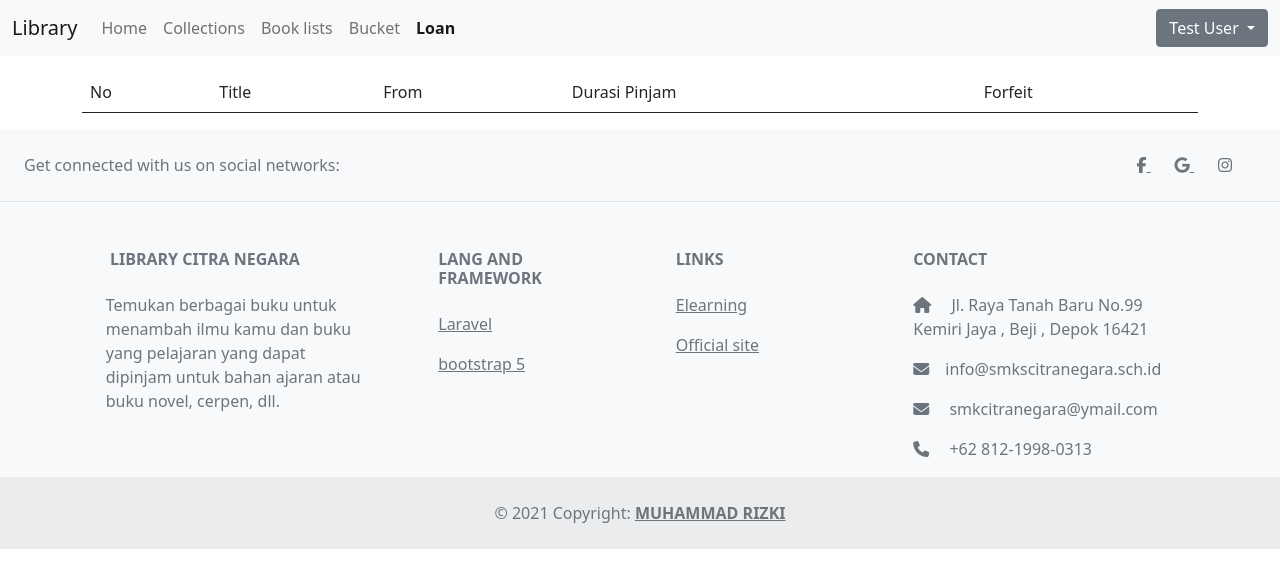
Repository: humanrizki/app-perpus-laravel-8
Page: http://localhost/loan
The author's editor kept a copy of each file at every save. The page is drawn from the files as they stood at one save, then again after the next save.
The browser window is 1280 px wide. The pictures show the whole page.
Some web libraries are served in a nearby version. The page is served by the project's Laravel application, run on PHP 8.4 with Laravel 8. A made-up administrator, Test User (test@example.com), is signed in. Queries for data that is not in the repository find no rows.

Above is the page before, as saved 2021-12-01 15:55:44.

After the next save:
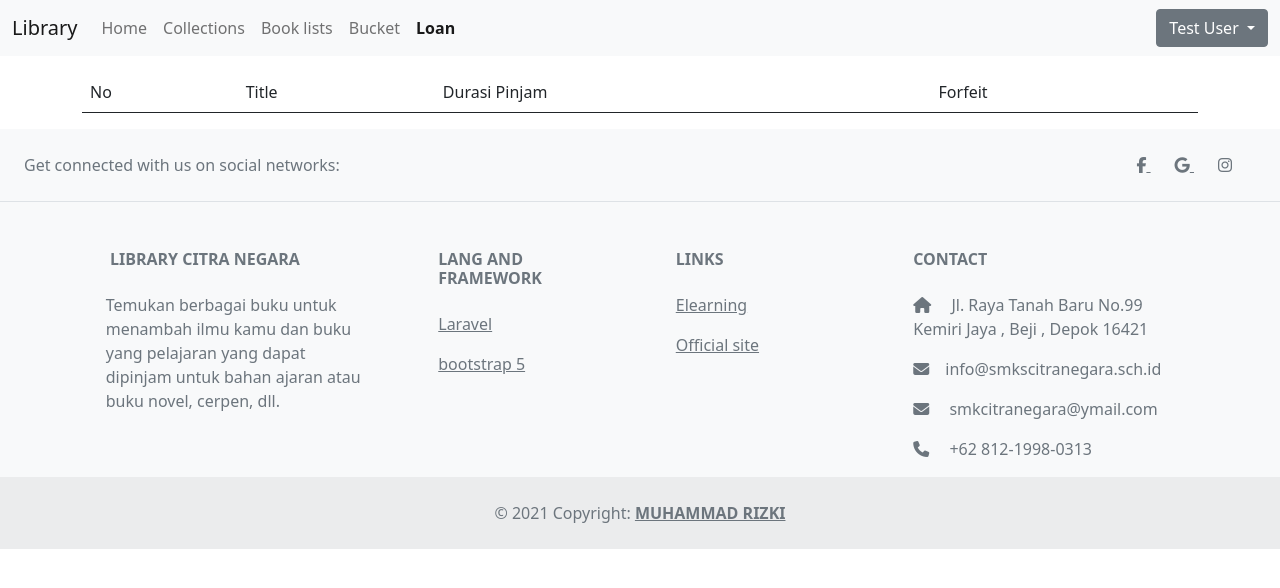
Saved 6 s later.
--- a/resources/views/loan/index.blade.php
+++ b/resources/views/loan/index.blade.php
@@ -6,7 +6,6 @@
                 <tr>
                     <td>No</td>
                     <td>Title</td>
-                    <td>From</td>
                     <td>Durasi Pinjam</td>
                     <td>Forfeit</td>
                 </tr>
@@ -16,7 +15,6 @@
                     <tr>
                         <td>{{ $loop->iteration }}</td>
                         <td>{{ $loan->bucket->detail->title }}</td>
-                        <td>{{ \Carbon\Carbon::parse($loan->loan_date)->format('d/m/y H:i') }}</td>
                         <td>{{ \Carbon\Carbon::parse($loan->loan_date)->diffInDays($loan->return_date) }}</td>
                         <td>Rp.{{ number_format($loan->forfeit) }}</td>
                     </tr>
